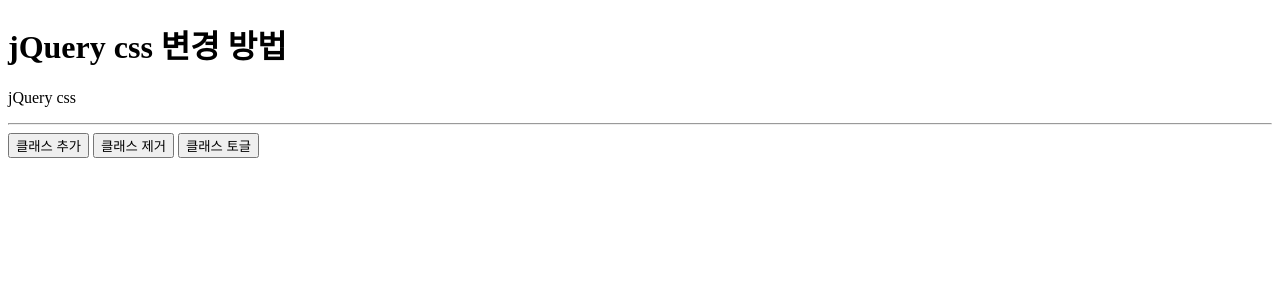
Repository: Dalso13/workspace
Page: workspace_web/chapter04_jQuery/WebContent/Ex09_jQuery_css.html
These files come from the project's save history. The page is drawn as it stood at one moment and after the next save; the edit follows.
The browser window is 1280 px wide. The pictures show the whole page.
After loading, the first visible `#toggle-class` was clicked once.

Above is the page before, as saved 2023-05-16 06:56:38.

### workspace_web/chapter04_jQuery/WebContent/Ex09_jQuery_css.html
<!DOCTYPE html>
<html>
<head>
<meta charset="UTF-8">
<title>Insert title here</title>
<style>
  .red{color: red}
  .blue{color: blue}
  .important{
  	font-size: 1.5em;
  	font-weight : bold;
  }
</style>
<script src="js/jquery-3.4.1.js"></script>
<script type="text/javascript">
	$(function() {
		// addClass('클래스 이름') : HTML 요소에 클래스 속성 추가
		// addClass('클래스 이름') : HTML 요소에 클래스 속성 제거
		// addClass('클래스 이름') : HTML 요소에 클래스 속성 추가/제거 토글

		$("#add-class").click(function() {
			$("#set-css").addClass('red');
		})
		$("#remove-class").click(function() {
			$("#set-css").removeClass('red');
		})
		$("#toggle-class").click(function() {

		})
	});
</script>
</head>
<body>
	<h1>jQuery css 변경 방법</h1>
	<p id="set-css">jQuery css </p>
	<hr>
	<button id="add-class">클래스 추가</button>
	<button id="remove-class">클래스 제거</button>
	<button id="toggle-class">클래스 토글</button>
</body>
</html>

Loaded but not shown: workspace_web/chapter04_jQuery/WebContent/js/jquery-3.4.1.js (library)

After the next save:
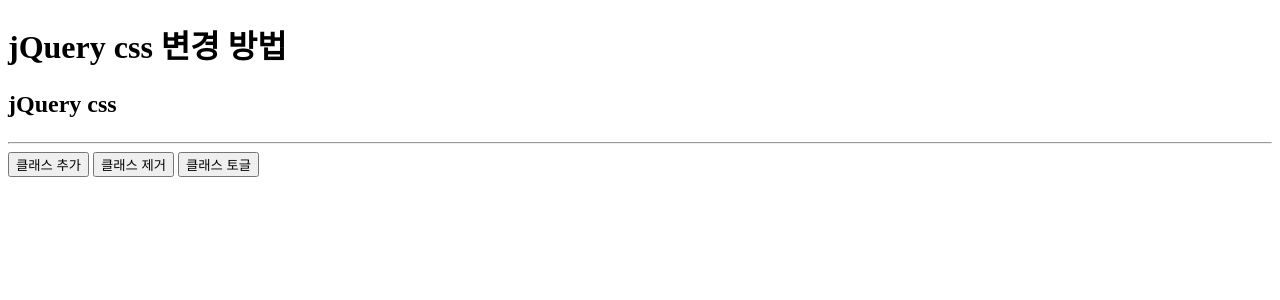
Saved 13 s later.
--- a/workspace_web/chapter04_jQuery/WebContent/Ex09_jQuery_css.html
+++ b/workspace_web/chapter04_jQuery/WebContent/Ex09_jQuery_css.html
@@ -25,7 +25,7 @@
 			$("#set-css").removeClass('red');
 		})
 		$("#toggle-class").click(function() {
-
+			$("#set-css").toggleClass('important');
 		})
 	});
 </script>
